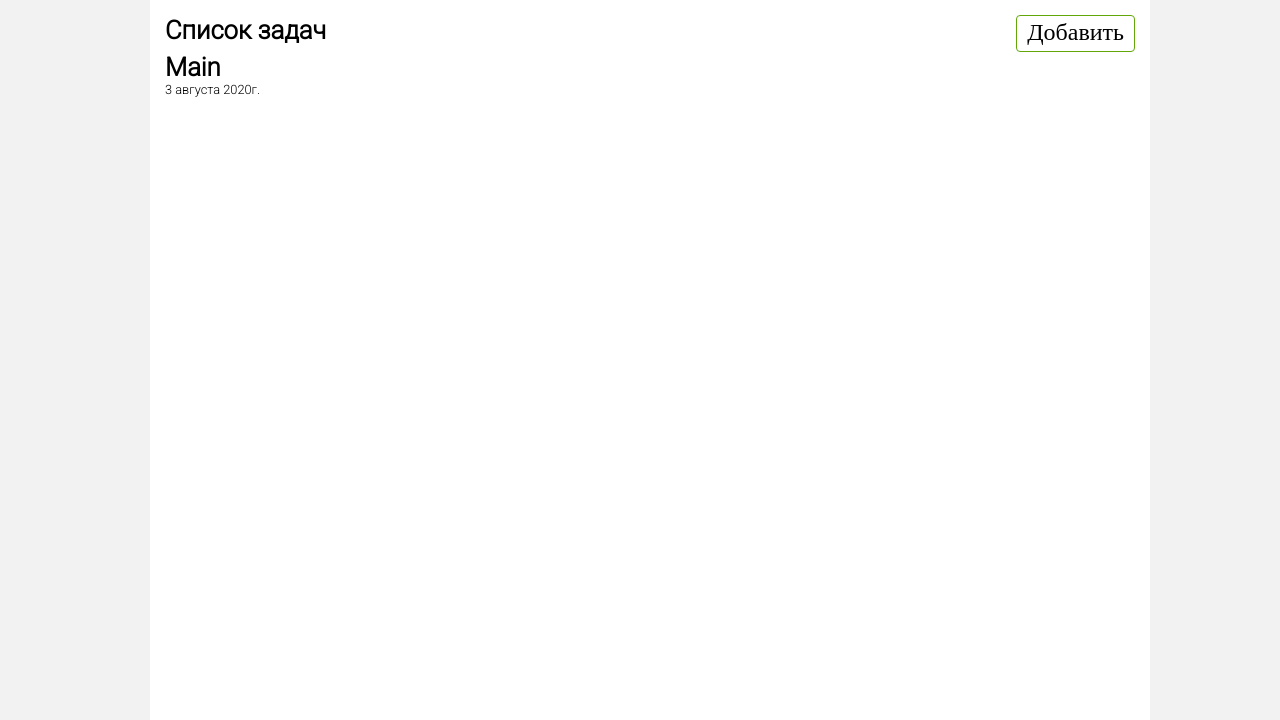
Repository: XaVi7777/todos-with-hooks
Page: /
These files come from the project's save history. The page is drawn as it stood at one moment and after a run of saves; the edit follows.
The browser window is 1280 px wide. The pictures show the whole page.
The project was rebuilt for these pictures with package versions that can differ from the ones it lists, and the page was loaded fresh each time.

Above is the page before, as saved 2020-08-03 15:35:49.

### src/index.js
import React from 'react';
import ReactDOM from 'react-dom';
import App from './App';
import * as serviceWorker from './serviceWorker';
import './scss/index.scss';

ReactDOM.render(
  <React.StrictMode>
    <App />
  </React.StrictMode>,
  document.getElementById('root')
);

// If you want your app to work offline and load faster, you can change
// unregister() to register() below. Note this comes with some pitfalls.
// Learn more about service workers: https://bit.ly/CRA-PWA
serviceWorker.unregister();

### src/App.js
import React from 'react';
import { MainPage } from './pages/MainPage/MainPage';

function App() {
  return (
    <div className="App">
      <MainPage />
    </div>
  );
}

export default App;

### src/scss/index.scss
@import url("https://fonts.googleapis.com/css2?family=Roboto:wght@100;300&display=swap");
@import "~material-icons/iconfont/material-icons.scss";
@import "button";
@import "App";
@import "MainPage";
@import "Header";
// @import "~normalize.css";
// @import "header";
// @import "main";
// @import "footer";

* {
  margin: 0;
  position: relative;
  padding: 0;
  color: #000;
  box-sizing: border-box;
}

html, body, #root, .App{
  position: relative;
  height: 100%;
}

body {
  font-family: "Roboto", sans-serif;
  font-size: 12px;
  background-color: #f2f2f2;
}

#root {
  display: block;
  color: #888;
  font-size: 0.8rem;
}

### src/pages/MainPage/MainPage.js
import React from 'react';
import { Header } from '../../components/Header/Header';
import { Main } from '../../components/Main/Main';
import { Footer } from '../../components/Footer/Footer';

export const MainPage = () => (
  <div
    className="wrapper"
  >
    <Header />
    <Main />
    <Footer />
  </div>
);

### src/scss/button.scss
button {
  border-radius: 4px;
  transition: all 0.1s ease-in-out;
  background-color: #fff;
  padding: 0 10px;
  border: 1px solid #f2f2f2;
  background-color: #fff;
  color: #1a1a1a;
  line-height: 30px;
  display: inline-block;
  cursor: pointer;
}

.btn-icon {
  border-color: #62a60a;

  &:hover {
    color: white;
    background-color: green;
  }
}

### src/scss/App.scss
.App {

};

### src/scss/MainPage.scss
.wrapper {
  position: relative;
  height: 100%;
  max-width: 1000px;
  margin-left: 10px;
  margin-right: 10px;
  background-color: #fff;
  left: 50%;
  transform: translateX(-50%);
  padding: 15px;
}

### src/components/Header/Header.js
import React from 'react';
import Button from '../UI/Button/Button';

export const Header = () => (
  <div className="header">
    <div
      className="header__title"
    >
      <h1>Список задач</h1>
    </div>

    <div
      className="header__addbtn"
    >
      <Button
        text="Добавить"
      />
    </div>
  </div>
);

### src/components/Main/Main.js
import React from 'react';

export const Main = () => (
  <>
    <h1>Main</h1>
  </>
);

### src/components/Footer/Footer.js
import React from 'react';

export const Footer = () => (
  <div
    className="footer"
  >
    <p
      className="footer-text"
    >3 августа 2020г.</p>
  </div>
);

### src/components/UI/Button/Button.js
import React from 'react';

export default ({ text }) => (
  <>
    <button
      className="btn-icon"
    >
      <span className="material-icons">
        {text}
      </span>
    </button>
  </>
);

### src/scss/Footer.scss
.footer{
  background-color: #1a1a1a;
  color: #fff;
  padding: 10px 15px;
  margin-left: -15px;
  margin-right: -15px;
  transform: translateY(15px);
}

Loaded but not shown: public/index.html (common file); src/serviceWorker.js (common file); src/scss/Header.scss (common file)

After the next 2 saves:
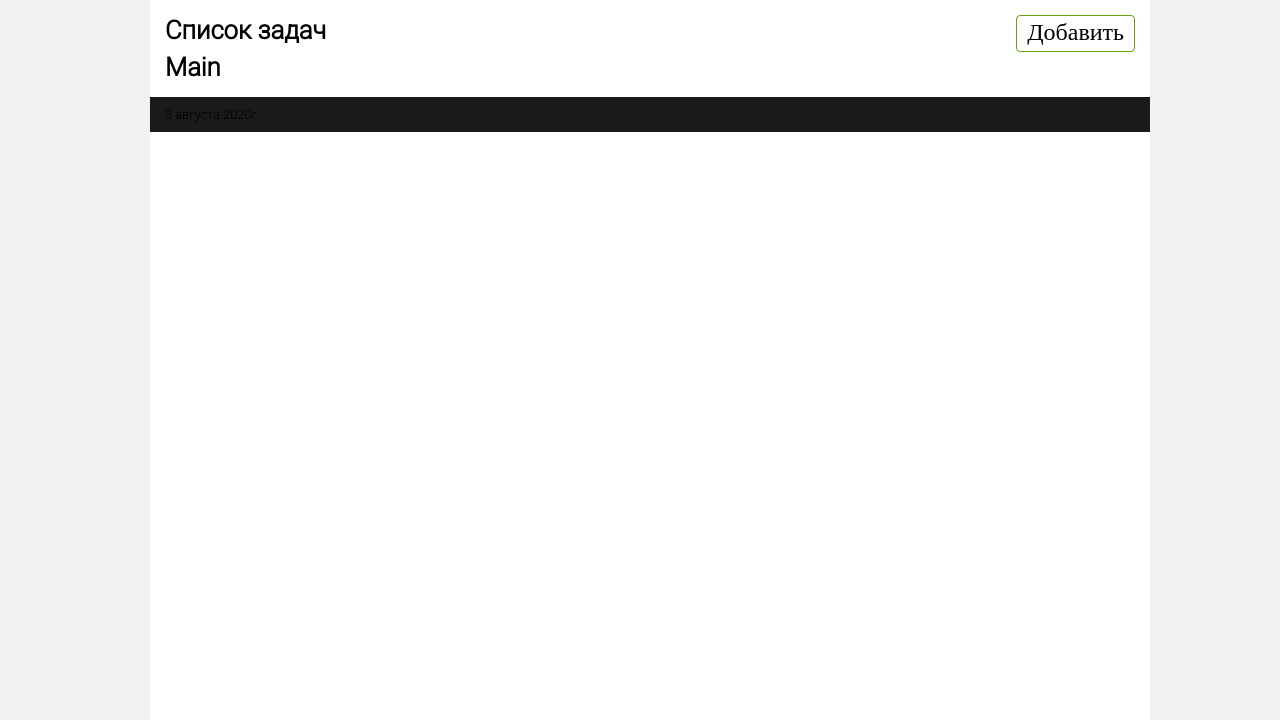
The 2 saves are shown as one change because they came seconds apart.
The last was saved 36 s later.
--- a/src/scss/index.scss
+++ b/src/scss/index.scss
@@ -7,7 +7,7 @@
 // @import "~normalize.css";
 // @import "header";
 // @import "main";
-// @import "footer";
+@import "Footer";
 
 * {
   margin: 0;
